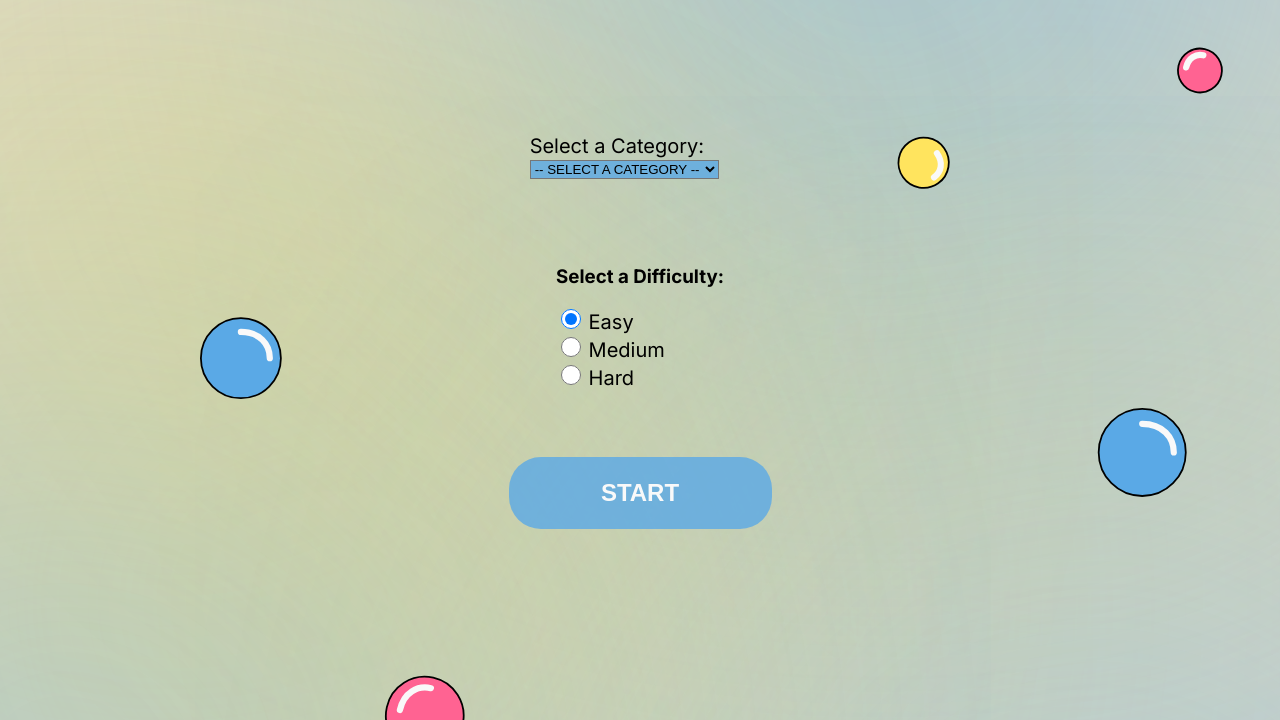
Repository: sierralaurent/SmartiePants
Page: trivia.html
The author's editor kept a copy of each file at every save. The page is drawn from the files as they stood at one save, then again after the next save.
The browser window is 1280 px wide. The pictures show the whole page.
The page's requests for data from a server got no answer.

Above is the page before, as saved 2023-05-21 20:38:55.
Console error: TypeError: Cannot read properties of null (reading 'addEventListener')

After the next save:
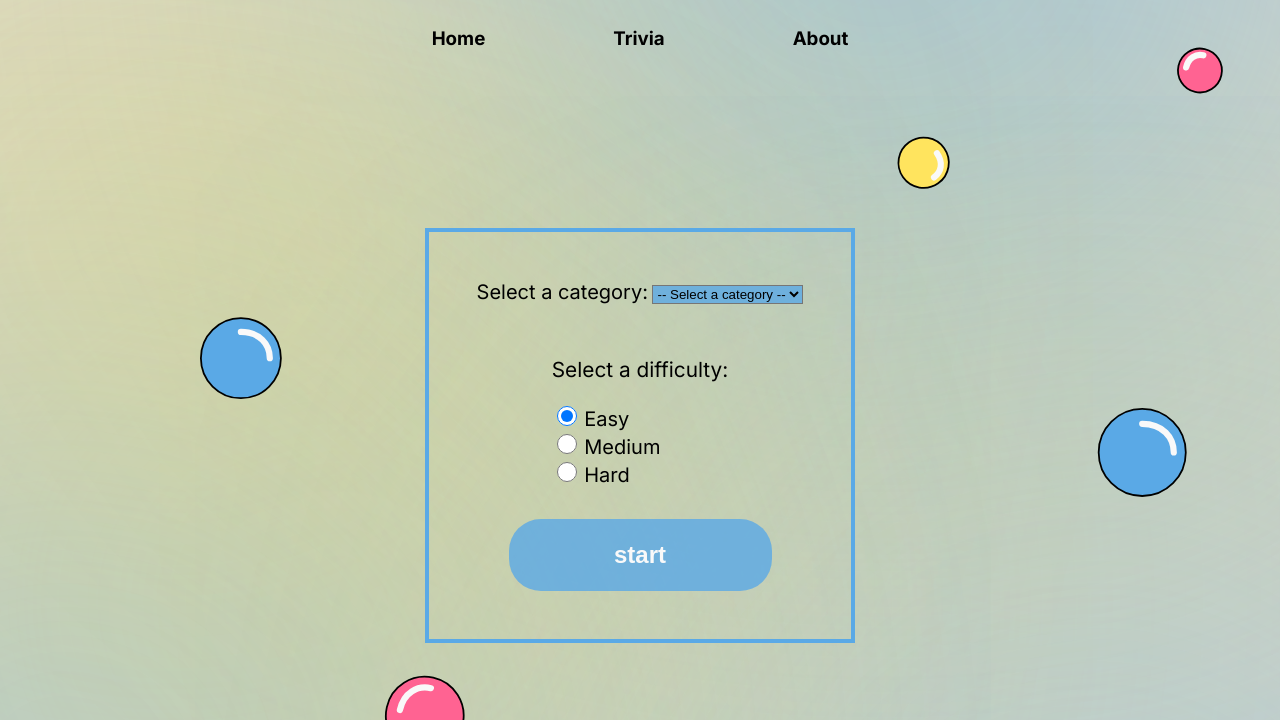
The error is gone.
Saved 4 min 8 s later.
--- a/trivia.html
+++ b/trivia.html
@@ -1,35 +1,121 @@
 <!DOCTYPE html>
 <html lang="en">
-<!--Page to select category and difficulty-->
+
 <head>
+  <link rel="stylesheet" href="trivia.css">
   <meta charset="UTF-8">
-  <title>SMARTIEPANTS | START TRIVIA</title>
-  <link rel="stylesheet" href="trivia.css" />
+  <meta http-equiv="X-UA-Compatible" content="IE=edge">
+  <meta name="viewport" content="width= initial-scale=1.0">
+
+  <title>SMARTIEPANTS TRIVIA</title>
 </head>
 
 <body>
-  <div class="mainContainer">
-    <div class="categoryContainer">
-      <label for="category-dropdown">Select a Category:</label>
+  <!--NavBar-->
+  <div class="navBarContainer">
+    <a class="navBarLinks" href="/index.html">
+        <h3>Home</h3>
+    </a>
+    <a class="navBarLinks" href="/trivia.html">
+        <h3>Trivia</h3>
+    </a>
+    <a class="navBarLinks" href="/about.html">
+        <h3>About</h3>
+    </a>
+</div>
+
+
+  <div class="settingsContainer" style='display: flex;' id="settingsContainer">
+    <div>
+      <label for="category-dropdown">Select a category:</label>
       <select id="category-dropdown">
-      <option value="">-- SELECT A CATEGORY --</option>
-    </select>
+        <option value="">-- Select a category --</option>
+      </select>
     </div>
 
-    <div class="difficultyContainer">
-      <h3>Select a Difficulty:</h3>
-    <input type="radio" id="easy" name="difficulty" value="easy" checked>
-    <label for="easy">Easy</label><br>
-    <input type="radio" id="medium" name="difficulty" value="medium">
-    <label for="medium">Medium</label><br>
-    <input type="radio" id="hard" name="difficulty" value="hard">
-    <label for="hard">Hard</label>
+    <div>
+      <p class="selectDiff">Select a difficulty:</p>
+      <input type="radio" id="easy" name="difficulty" value="easy" checked>
+     <label for="easy">Easy</label><br>
+      <input type="radio" id="medium" name="difficulty" value="medium">
+     <label for="medium">Medium</label><br>
+     <input type="radio" id="hard" name="difficulty" value="hard">
+     <label for="hard">Hard</label>
     </div>
 
-    <a href="/quiz.html"><button class="startButton">START</button></a>
+    <button class='start-button' id="start-button">start</button>
   </div>
 
-  <script src="trivia.js"></script>
+  <div class="container" id="quizContainer" style='display: none;'>
+    <div class="container">
+      <div id="loader"></div>
+      <div id="game">
+        <div id="hud">
+          <div class="score" id="hud-item">
+            <p>
+              Score
+            </p> &nbsp;
+            <p id="score">
+              0
+            </p>
+            </p>
+          </div>
+
+          <div class="timer" id="time">
+            <div class="circle" style="--clr:#ff2972">
+              <div class="dots"></div>
+              <svg>
+                <circle cx="70" cy="70" r="70" id="dd"></circle>
+              </svg>
+              <div id="timeLeft">00:00</div>
+            </div>
+          </div>
+
+          <div class="question-progress" id="hud-item">
+            <p id="progressText">
+              Question
+            </p>
+            <div id="progressBar">
+              <div id="progressBarFull"></div>
+            </div>
+          </div>
+
+          <h2 class="question" id="question"></h2>
+          <div class="choice-a-b">
+            <div class="choice-container">
+              <p class="choice-prefix">A </p>
+              <p class="choice-text" data-number="1"></p>
+            </div>
+            <div class="choice-container">
+              <p class="choice-prefix">B </p>&nbsp;
+              <p class="choice-text" data-number="2"></p>
+            </div>
+          </div>
+
+
+          <div class="choice-c-d">
+            <div class="choice-container">
+              <p class="choice-prefix">C </p>
+              <p class="choice-text" data-number="3"></p>
+            </div>
+            <div class="choice-container">
+              <p class="choice-prefix">D </p>
+              <p class="choice-text" data-number="4"></p>
+            </div>
+          </div>
+
+        </div>
+      </div>
+    </div>
+    <div class="navBarContainer">
+      <h3>Sierra</h3>
+      <h3>Jenny</h3>
+      <h3>Neema</h3>
+      <h3>Elijah</h3>
+  </div>
+
+
+    <script src="trivia.js"></script>
+    <script src="timer.js"></script>
 </body>
-
 </html>
